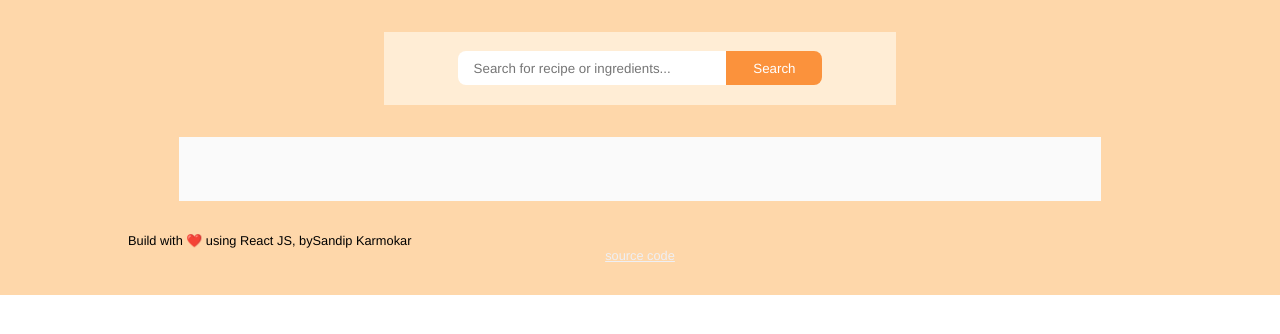
Repository: sandipkarmokar/recipeApp
Page: /
These files come from the project's save history. The page is drawn as it stood at one moment and after the next save; the edit follows.
The browser window is 1280 px wide. The pictures show the whole page.
The page's requests for data from a server got no answer. The project was rebuilt for these pictures with package versions that can differ from the ones it lists, and the page was loaded fresh each time. No one was signed in, and anything a server would have sent is missing. Also part of the build but not shown: src/components/data.js, src/components/listView.js, src/components/recipeShow.js.

Above is the page before, as saved 2022-05-01 12:10:23.

After the next save:
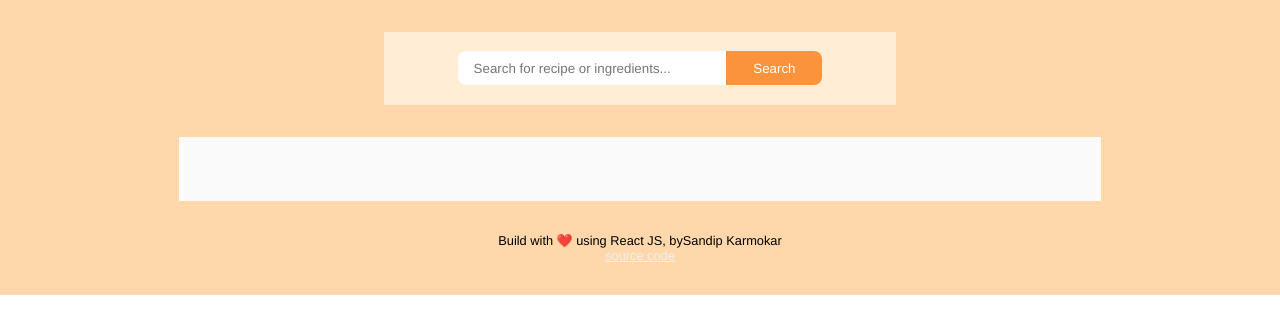
Saved 74 s later.
--- a/src/App.css
+++ b/src/App.css
@@ -312,6 +312,10 @@ button {
     color: #2563eb;
 }
 
+.app .app-container footer {
+    text-align: center;
+}
+
 .app .app-container footer p {
     font-size: 0.8rem;
 }
